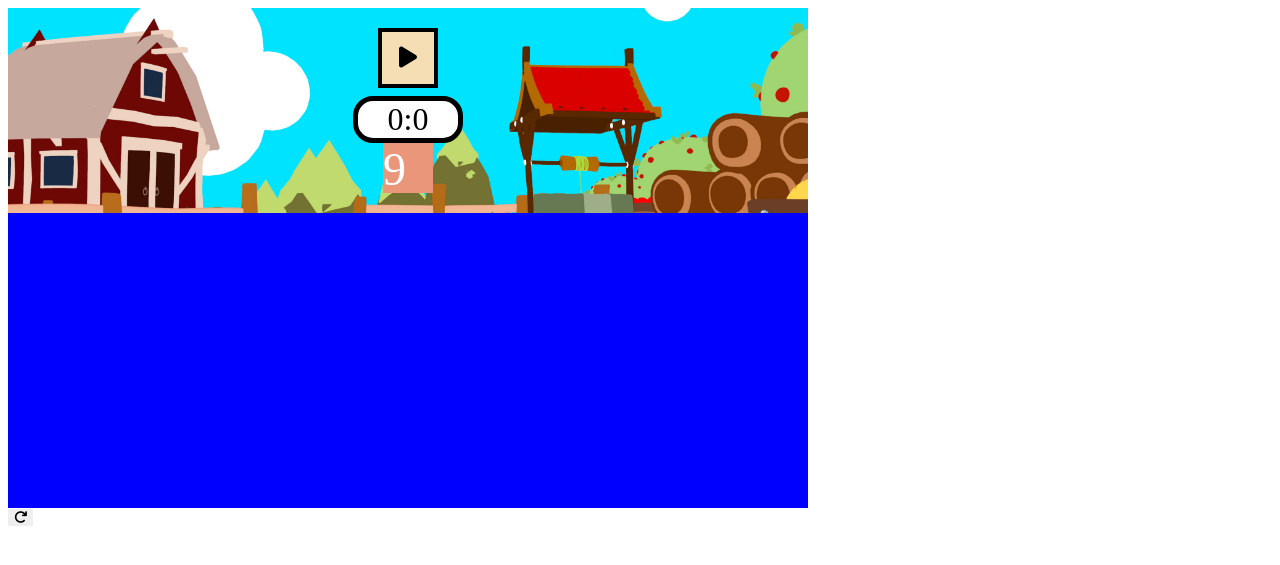
Repository: rumor1993/DreamCoding-Browser101
Page: Chapter07/ellie/index.html
An editor plug-in stored every save of this project. The page is shown before and after the next save, followed by the edit.
The browser window is 1280 px wide. The pictures show the whole page.
Some web libraries are served in a nearby version.

Above is the page before, as saved 2021-01-03 18:42:25.

### Chapter07/ellie/index.html
<!DOCTYPE html>
<html lang="en">
  <head>
    <meta charset="UTF-8" />
    <meta name="viewport" content="width=device-width, initial-scale=1.0" />
    <title>Document</title>
    <link rel="stylesheet" href="index.css" />
    <script src="https://kit.fontawesome.com/86c035f01d.js" crossorigin="anonymous"></script>
    <script src="index.js"></script>
  </head>
  <body>
    <section class="game">
      <header class="game-header">
        <button class="game-button">
          <i class="fas fa-play"></i>
        </button>
        <span class="game-timer">0:0</span>
        <span class="game-score">9</span>
      </header>
      <section class="game-field"></section>
    </section>
    <section class="pop-up">
      <button class="pop-up-refresh">
        <i class="fas fa-redo"></i>
      </button>
      <span class="pop-up-message"></span>
    </section>
  </body>
</html>

### Chapter07/ellie/index.css
button {
  border: none;
  outline: none;
  cursor: pointer;
}

.game {
  display: flex;
  flex-direction: column;
  width: 800px;
  height: 500px;
  background: url("../carrot/img/background.png") center/cover;
}

.game-header {
  display: flex;
  flex-direction: column;
  align-items: center;
  padding: 20px;
}

.game-button {
  width: 60px;
  height: 60px;
  background-color: wheat;
  border: 4px solid black;
  font-size: 24px;
  transition: transform 300ms ease-in;
}

.game-button:hover {
  transform: scale(1.1);
}

.game-timer {
  width: 100px;
  background-color: white;
  text-align: center;
  border: 5px solid black;
  border-radius: 20px;
  font-size: 32px;
  margin-top: 8px;
}

.game-score {
  width: 50px;
  height: 50px;
  font-size: 46px;
  margin-top: 8pxp;
  border 3px solid black
  border-radius: 50%;
  background-color: darksalmon;
  color: white;
}

.game-field {
  width: 100%;
  height: 100%;
  background-color: blue;
}

### Chapter07/ellie/index.js
window.addEventListener("load", () => {
  const section = document.querySelector("section");
  let carrotCount = 10;

  for (let i = 0; i < carrotCount; i++) {
    createCarrot();
    createBug();
  }

  function createCarrot() {
    const carrot = document.createElement("div");
    carrot.setAttribute("class", "carrot");
    section.appendChild(carrot);
  }

  function createBug() {
    const bug = document.createElement("div");
    bug.setAttribute("class", "bug");
    section.appendChild(bug);
  }
});

After the next save:
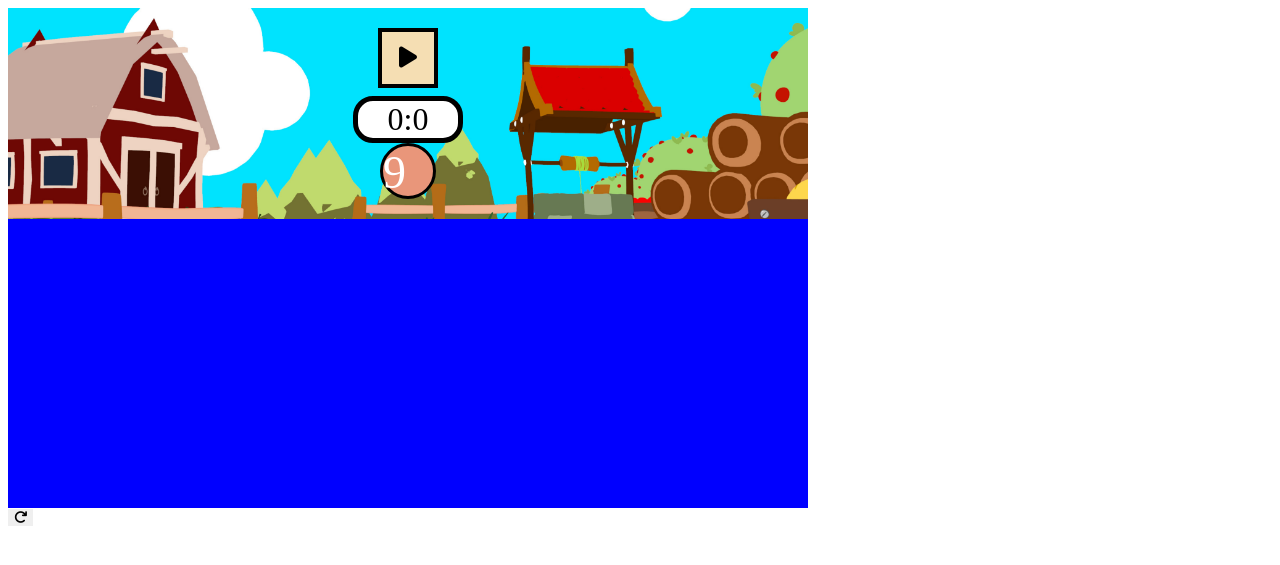
Saved 10 s later.
--- a/Chapter07/ellie/index.css
+++ b/Chapter07/ellie/index.css
@@ -47,7 +47,7 @@ button {
   height: 50px;
   font-size: 46px;
   margin-top: 8pxp;
-  border 3px solid black
+  border: 3px solid black;
   border-radius: 50%;
   background-color: darksalmon;
   color: white;
